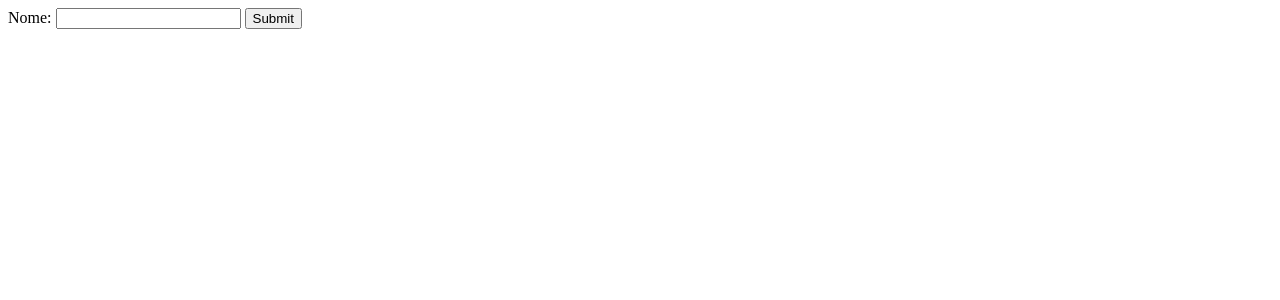
Repository: GustavoFreitas22/Java-Web
Page: gerenciador/WebContent/NovaEmpresa.html
The author's editor kept a copy of each file at every save. The page is drawn from the files as they stood at one save, then again after the next save.
The browser window is 1280 px wide. The pictures show the whole page.

Above is the page before, as saved 2021-10-27 13:28:31.

### gerenciador/WebContent/NovaEmpresa.html
<!DOCTYPE html>
<html>
<head>
<meta charset="ISO-8859-1">
<title>Nova Empresa</title>
</head>
<body>
	<form action="/gerenciador/novaEmpresa" method="post">
		Nome: <input type="text" name = "name">
		<input type="submit">
	</form>
</body>
</html>

After the next save:
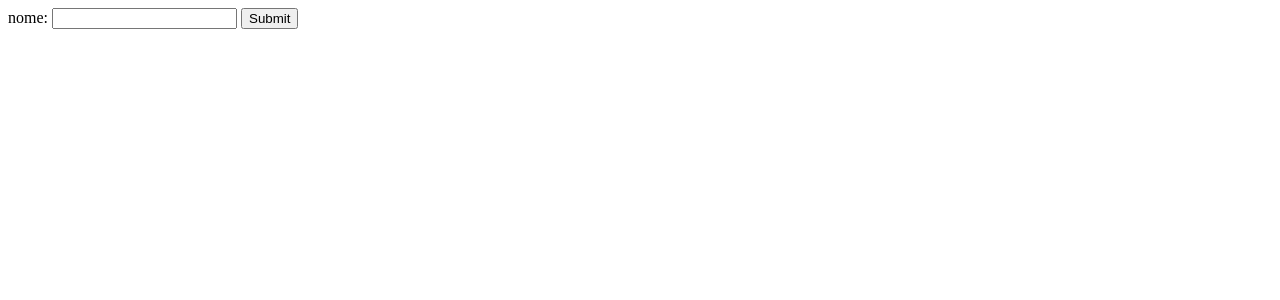
Saved 8 min 58 s later.
--- a/gerenciador/WebContent/NovaEmpresa.html
+++ b/gerenciador/WebContent/NovaEmpresa.html
@@ -6,7 +6,7 @@
 </head>
 <body>
 	<form action="/gerenciador/novaEmpresa" method="post">
-		Nome: <input type="text" name = "name">
+		nome: <input type="text" name = "name">
 		<input type="submit">
 	</form>
 </body>
